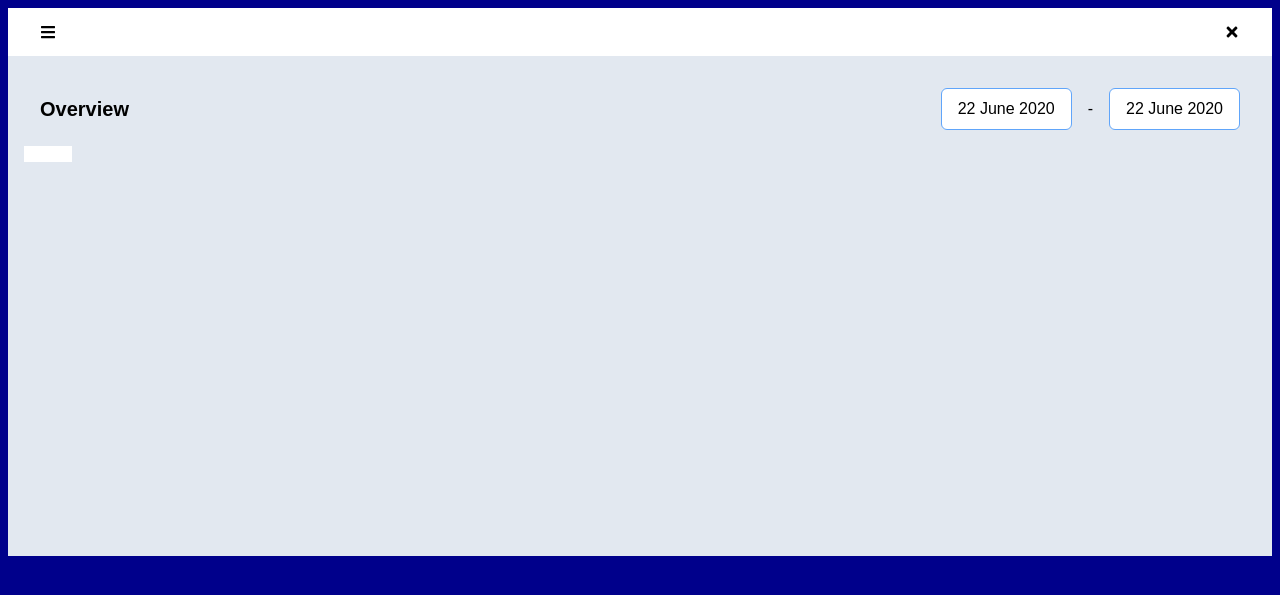
Repository: AngusOnyebuchi/Dashboard
Page: /
The author's editor kept a copy of each file at every save. The page is drawn from the files as they stood at one save, then again after the next save.
The browser window is 1280 px wide. The pictures show the whole page.
The project was rebuilt for these pictures with package versions that can differ from the ones it lists, and the page was loaded fresh each time.

Above is the page before, as saved 2022-05-15 01:01:15.

After the next save:
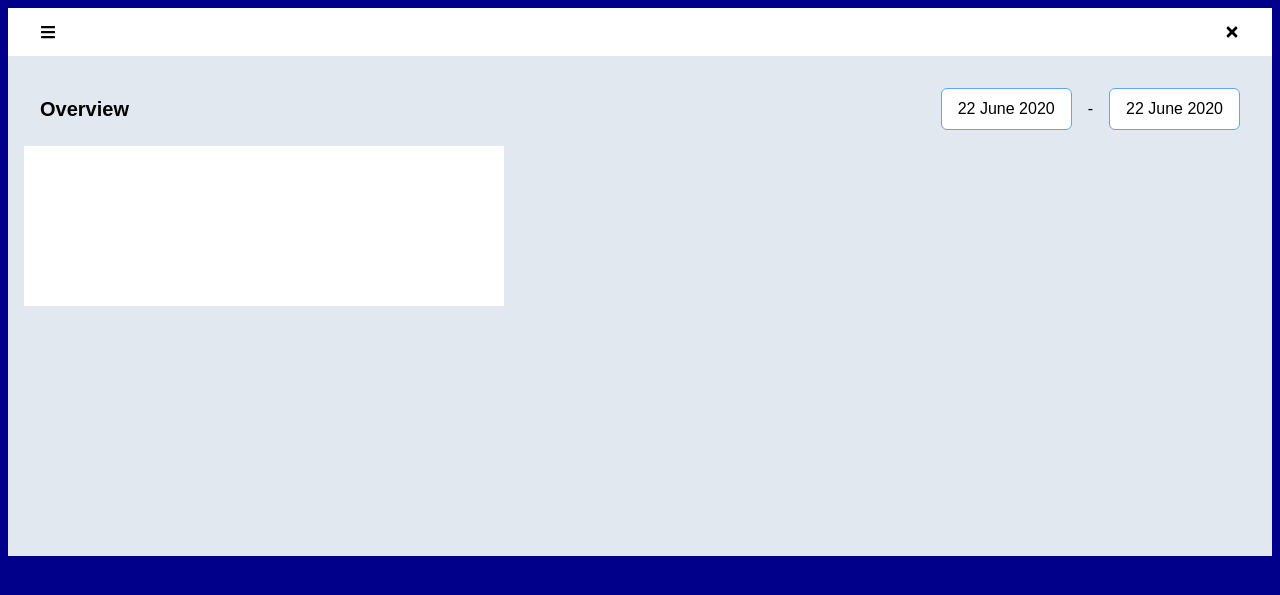
Saved 24 s later.
--- a/src/components/Home.js
+++ b/src/components/Home.js
@@ -29,7 +29,7 @@ export default function Home() {
         <div>
 
           <div>
-            <div className='h-[16px] w-[48px] bg-white'></div>
+            <div className='h-[160px] w-[480px] bg-white'></div>
           </div>
 
         </div>
